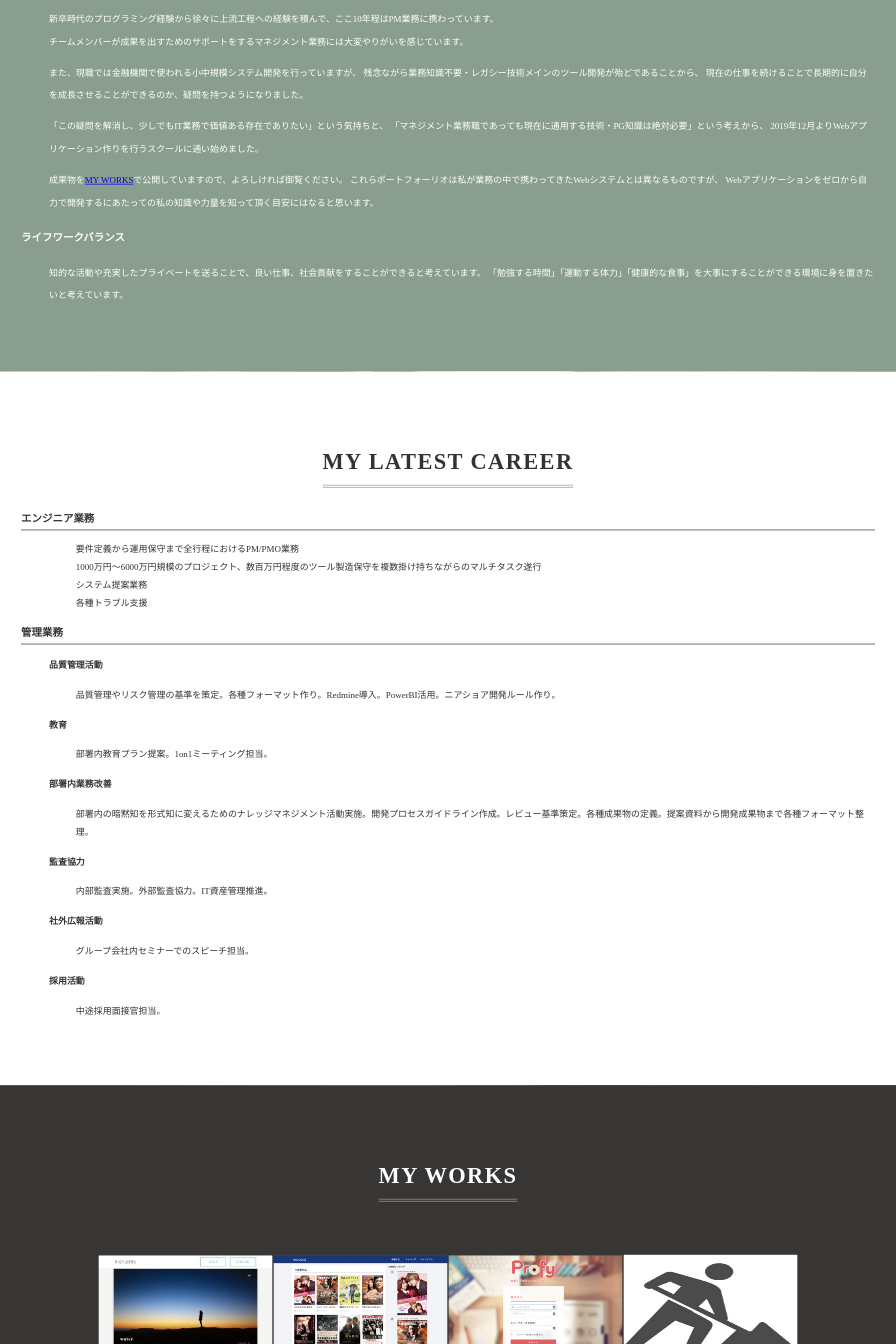
Repository: dackelteckel/myworks
Page: index.html
The author's editor kept a record of every edit. The page is drawn from the files as they stood at one moment, then again after the next edit.
The browser window is 1280 px wide. The pictures show the part of the page from y = 992 to 2912 px (the page is 3262 px tall before and 3294 px after), at 70% of full size.
Backgrounds fixed to the window are drawn as part of the page.

Above is the page before.

After the next edit:
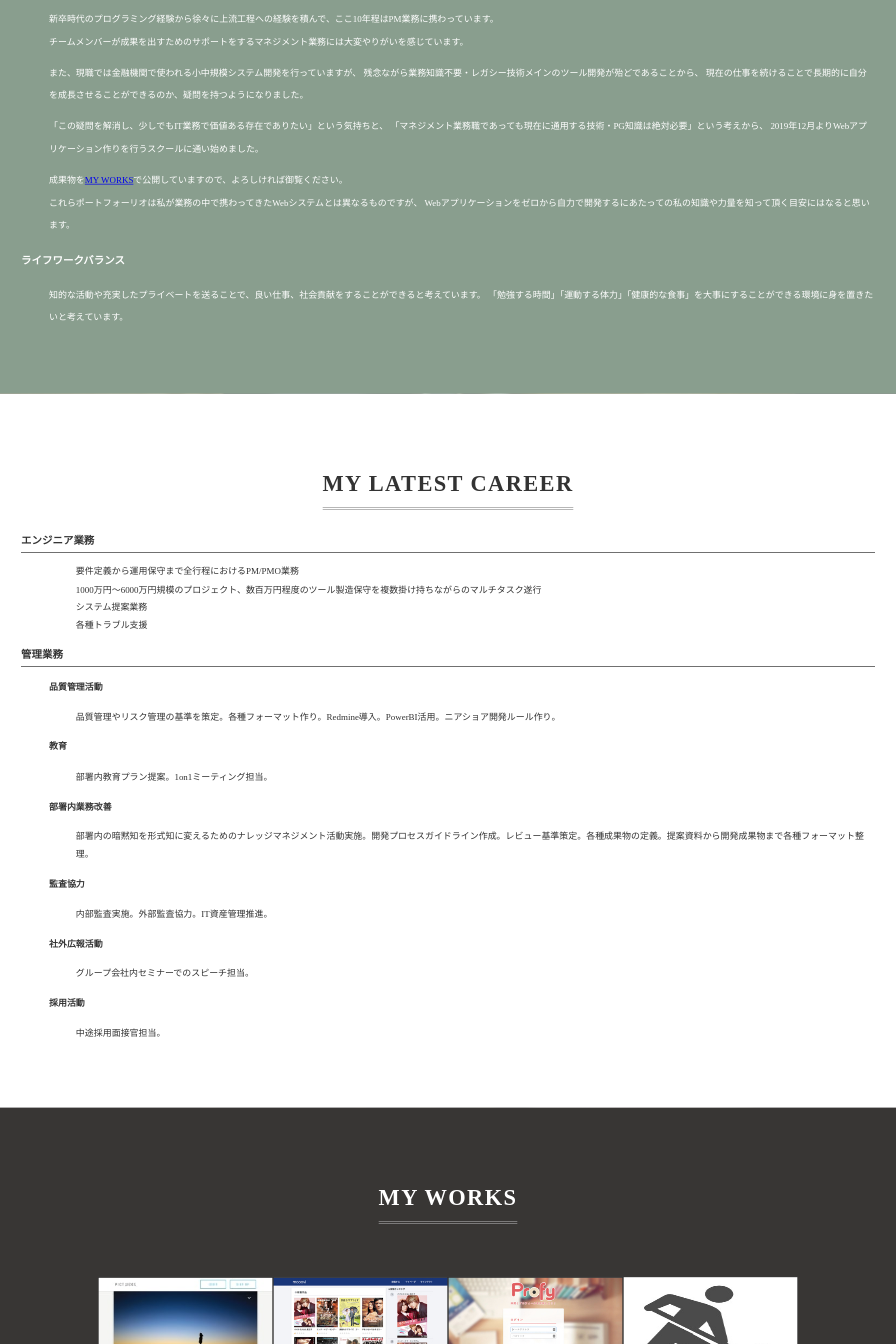
The edit:
--- a/index.html
+++ b/index.html
@@ -92,7 +92,7 @@
           2019年12月よりWebアプリケーション作りを行うスクールに通い始めました。
           </p>
           <p>
-            成果物を<a href="#works">MY WORKS</a>で公開していますので、よろしければ御覧ください。
+            成果物を<a href="#works">MY WORKS</a>で公開していますので、よろしければ御覧ください。<br>
             これらポートフォーリオは私が業務の中で携わってきたWebシステムとは異なるものですが、
             Webアプリケーションをゼロから自力で開発するにあたっての私の知識や力量を知って頂く目安にはなると思います。
           </p>
